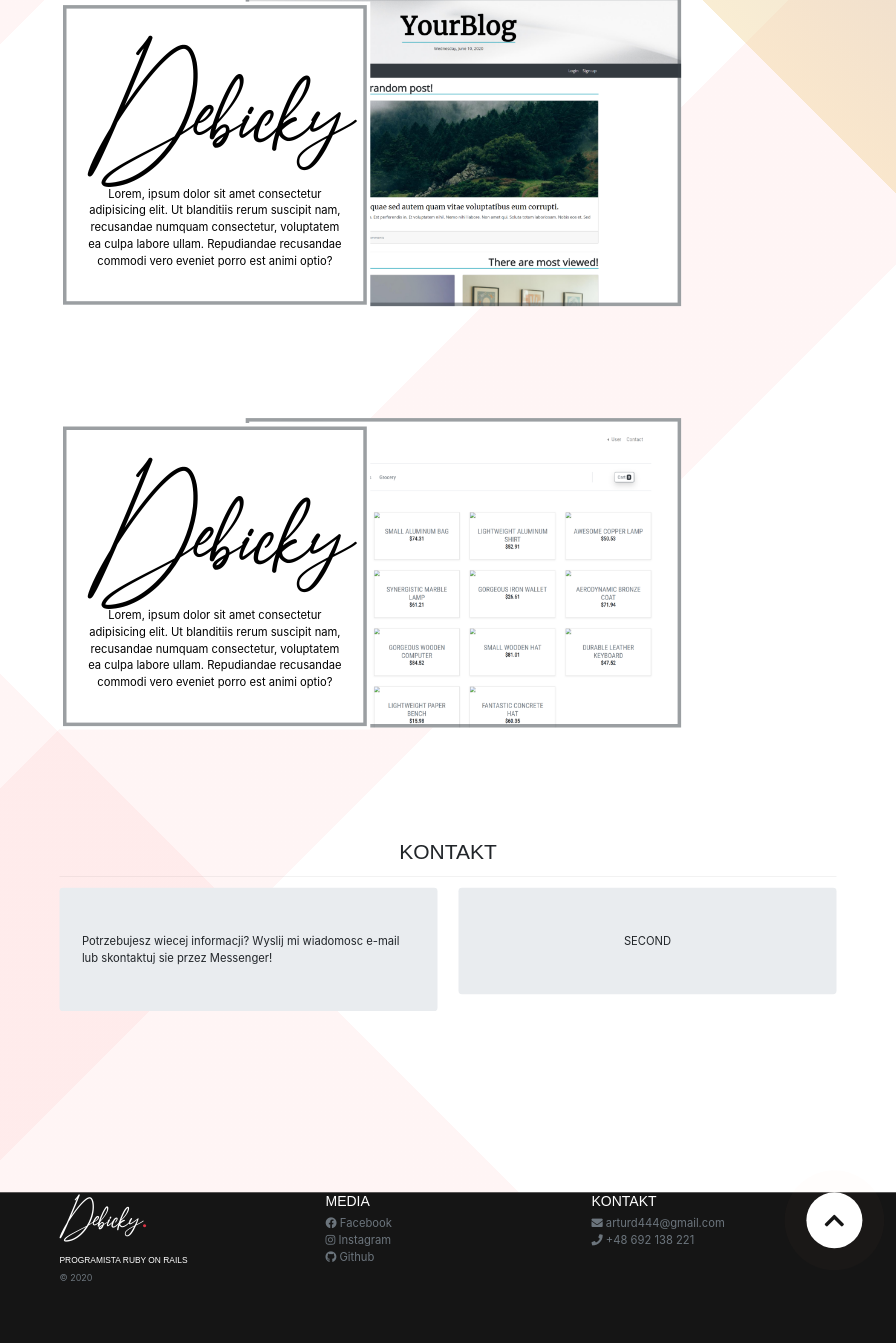
Repository: debicky/debicky.github.io
Page: index.html
These files come from the project's save history. The page is drawn as it stood at one moment and after a run of saves; the edit follows.
The browser window is 1280 px wide. The pictures show the part of the page from y = 2115 to 4035 px (the page is 4035 px tall), at 70% of full size.
Some web fonts or font styles are not loaded; a fallback is used. Some web libraries are served in a nearby version.

Above is the page before, as saved 2020-06-14 16:04:18.

### index.html
<!DOCTYPE html>
<html lang="en">
<head>
  <meta charset="UTF-8">
  <meta name="viewport" content="width=device-width, initial-scale=1.0">
  <title>Debicky</title>
  <link rel="stylesheet" href="https://stackpath.bootstrapcdn.com/bootstrap/4.5.0/css/bootstrap.min.css" integrity="sha384-9aIt2nRpC12Uk9gS9baDl411NQApFmC26EwAOH8WgZl5MYYxFfc+NcPb1dKGj7Sk" crossorigin="anonymous">
  <link rel="stylesheet" href="https://cdnjs.cloudflare.com/ajax/libs/font-awesome/5.11.2/css/all.min.css">
  <link rel="stylesheet" href="styles.css">
  <link rel="stylesheet" href="https://unpkg.com/aos@next/dist/aos.css" />

</head>
<body>


  <header>
    <div class="signature" data-aos="fade-in" data-aos-duration="2000">
      <h5 class="signature-heading ">Debicky<span class="text-danger font-weight-bolder">.</span></h5>
      <h3 class="signature-subheading">Młodszy Programista Ruby on Rails</h3>
    </div>

    <div class="container">
      <nav class="navbar navbar-expand-md p-0 rounded" data-aos="fade-in" data-aos-duration="3000">
        <button class="navbar-toggler" type="button" data-toggle="collapse" data-target="#navbarSupportedContent" aria-controls="navbarSupportedContent" aria-expanded="false" aria-label="Toggle navigation">
          <i class="fas fa-bars"></i>
          <i class="fas fa-times"></i>
        </button>

        <div class="collapse navbar-collapse d-md-flex justify-content-center" id="navbarSupportedContent">
          <ul class="navbar-nav">
            <li class="nav-item">
              <a class="nav-link" href="#about">O mnie</a>
            </li>
            <li class="nav-item">
              <a class="nav-link" href="#projects">Projekty</a>
            </li>
            <li class="nav-item">
              <a class="nav-link" href="#contact">Kontakt</a>
            </li>
          </ul>
        </div>
      </nav>
    </div>
  </header>

  <section class="about" id="about">
    <div class="container">
      <h1 class="text-center">O mnie</h1>
      <hr>

      <div class="row">
        <div class="col-12 col-md-6 col-lg-6 mb-5 mb-md-0">
          <h5>
            Programista samouk, poszukujacy pierwszej pracy.
          </h5>
          Aktualnie ucze sie ReactJS oraz platformy E-commerce Spree.
        </div>
        <div class="col-12 col-md-6 col-lg-6 mb-5 mb-md-0">
          <h5 class="text-uppercase">Technologie ktore uzywam</h5>
            <ul class="list-unstyled">
              <li>
                <img src="/images/icons/html.svg" alt=""> Html
              </li>
              <li>
                <img src="/images/icons/css.svg" alt=""> Css
              </li>
              <li>
                <i class="fab fa-sass"></i> Sass
              </li>
              <li>
                <img src="/images/icons/js.svg" alt=""> Javascript
              </li>
              <li>
                <img src="/images/icons/jquery.svg" alt=""> jQuery
              </li>
              <li>
                <img src="/images/icons/ror.svg" alt=""> Ruby
              </li>
              <li>
                <img src="/images/icons/ruby.svg" alt=""> Ruby on Rails
              </li>
              <li>
                <i class="fab fa-github"></i> Github
              </li>
              <li>
                <i class="fas fa-database"></i> SQL
              </li>
              <li>
                <img src="/images/icons/figma.svg" alt=""> Figma
              </li>

            </ul>
        </div>
        </div>
      </div>

    </div>
  </section>




  <section class="projects" id="projects">
    <div class="container">
      <h1 class="text-center">Projekty</h1>
      <hr>

      <div class="project-1">
        <div class="about-content">
          <div class="about-description">
            <div class="signature">
              <h5 class="signature-heading">Debicky</h5>
              <p>Lorem, ipsum dolor sit amet consectetur adipisicing elit. Ut blanditiis rerum suscipit nam, recusandae numquam consectetur, voluptatem ea culpa labore ullam. Repudiandae recusandae commodi vero eveniet porro est animi optio?</p>
            </div>
          </div>
          <div class="about-image">
            <a href="/images/1.jpeg">
              <img src="/images/course.png" alt="img1">
            </a>
          </div>
        </div>
      </div>
      <div class="project-1">
        <div class="about-content">
          <div class="about-description">
            <div class="signature">
              <h5 class="signature-heading">Debicky</h5>
              <p>Lorem, ipsum dolor sit amet consectetur adipisicing elit. Ut blanditiis rerum suscipit nam, recusandae numquam consectetur, voluptatem ea culpa labore ullam. Repudiandae recusandae commodi vero eveniet porro est animi optio?</p>
            </div>
          </div>
          <div class="about-image">
            <a href="/images/1.jpeg">
              <img src="/images/blog.png" alt="img1">
            </a>
          </div>
        </div>
      </div>
      <div class="project-1">
        <div class="about-content">
          <div class="about-description">
            <div class="signature">
              <h5 class="signature-heading">Debicky</h5>
              <p>Lorem, ipsum dolor sit amet consectetur adipisicing elit. Ut blanditiis rerum suscipit nam, recusandae numquam consectetur, voluptatem ea culpa labore ullam. Repudiandae recusandae commodi vero eveniet porro est animi optio?</p>
            </div>
          </div>
          <div class="about-image">
            <a href="/images/1.jpeg">
              <img src="/images/shop.png" alt="img1">
            </a>
          </div>
        </div>
      </div>

    </div>
  </section>

  <section class="contact" id="contact">
    <div class="container">
      <h1 class="text-center">Kontakt</h1>
      <hr>

      <div class="row">
        <div class="col-12 col-md-6 col-lg-6 mb-5 mb-md-0">
          <div class="jumbotron">
            Potrzebujesz wiecej informacji?
            Wyslij mi wiadomosc e-mail lub skontaktuj sie przez Messenger!
          </div>
        </div>
        <div class="col-12 col-md-6 col-lg-6 mb-5 mb-md-0">
          <div class="jumbotron">SECOND</div>
        </div>
      </div>
    </div>
  </section>


  <footer>
    <div class="up" id="up">
      <i class="fas fa-chevron-up"></i>
    </div>
    <div class="container">
      <div class="row">
        <div class="col-12 col-md-5 col-lg-4 mb-5 mb-md-0">
          <div class="signature-footer">
            <h5 class="signature-footer-heading">Debicky<span class="text-danger font-weight-bolder">.</span></h5>
            <h3 class="signature-footer-subheading">Programista Ruby on Rails</h3>
          </div>
          <small class="d-block mt-2 text-muted">&copy; 2020</small>
        </div>
        <div class="col-12 col-md-5 col-lg-4 mb-5">
          <h5 class="text-uppercase">Media</h5>
            <ul class="list-unstyled mb-0">
              <li>
                <a href="https://www.facebook.com/artur.debicki.5" class="text-muted"><i class="fab fa-facebook"></i> Facebook</a>
              </li>
              <li>
                <a href="https://www.instagram.com/debicky" class="text-muted"><i class="fab fa-instagram"></i> Instagram</a>
              </li>
              <li>
                <a href="https://github.com/debicky" class="text-muted"><i class="fab fa-github"></i> Github</a>
              </li>
            </ul>
        </div>
        <div class="col-12 col-md-5 col-lg-4">
          <h5 class="text-uppercase">Kontakt</h5>
            <ul class="list-unstyled mb-0">
              <li>
                <a href="mailto:arturd444@gmail.com" class="text-muted"><i class="fas fa-envelope"></i> arturd444@gmail.com</a>
              </li>
              <li>
                <p class="text-muted"><i class="fa fa-phone"></i> +48 692 138 221</p>
              </li>
            </ul>
        </div>
      </div>
    </div>
  </footer>



  <script src="https://code.jquery.com/jquery-3.5.0.min.js" crossorigin="anonymous"></script>
  <script src="https://cdn.jsdelivr.net/npm/popper.js@1.16.0/dist/umd/popper.min.js" integrity="sha384-Q6E9RHvbIyZFJoft+2mJbHaEWldlvI9IOYy5n3zV9zzTtmI3UksdQRVvoxMfooAo" crossorigin="anonymous"></script>
  <script src="https://stackpath.bootstrapcdn.com/bootstrap/4.5.0/js/bootstrap.min.js" integrity="sha384-OgVRvuATP1z7JjHLkuOU7Xw704+h835Lr+6QL9UvYjZE3Ipu6Tp75j7Bh/kR0JKI" crossorigin="anonymous"></script>
  <script src="https://unpkg.com/aos@next/dist/aos.js"></script>
  <script src="script.js"></script>

</body>
</html>

### styles.css
@import url('https://fonts.googleapis.com/css?family=Playfair+Display+SC|Roboto:300,400&display=swap');

@font-face {
  font-family: "AmostelySignature";
  src: url("/fonts/AmostelySignature.ttf");
  }


* {
  margin: 0;
  padding: 0;
  box-sizing: border-box;
}

body {
  background-image: linear-gradient(45deg, transparent 0%, transparent 55%,rgba(238, 202, 125, 0.336) 55%, rgba(83, 67, 67, 0.219) 76%,transparent 76%, transparent 100%),linear-gradient(135deg, transparent 0%, transparent 14%,rgba(255,1,1, 0.04) 14%, rgba(255,1,1, 0.04) 41%,transparent 41%, transparent 100%),linear-gradient(45deg, transparent 0%, transparent 2%,rgba(255,1,1, 0.04) 2%, rgba(255,1,1, 0.04) 18%,transparent 18%, transparent 100%),linear-gradient(135deg, transparent 0%, transparent 61%,rgba(255,1,1, 0.04) 61%, rgba(255,1,1, 0.04) 71%,transparent 71%, transparent 100%),linear-gradient(90deg, rgb(255,255,255),rgb(255,255,255));
}

html {
  font-family: "Roboto", sans-serif;
}

a:hover {
  text-decoration: none;;
}

/* Heading */

header{
  height: 100vh;
  width: 100%;
  display: flex;
  flex-direction: column;
  align-items: center;
  justify-content: center;

}

.signature{
  color: black;
  text-align: center;
  user-select: none;
}

.signature-heading{
  font-family: 'AmostelySignature', cursive;
  font-size: 10rem;
  margin-bottom: 30px;
}

.signature-subheading{
  font-family: 'Playfair Display SC', sans-serif;
  font-size: 1.5rem;
  text-transform: uppercase;
  margin-bottom: 20px;
}

/* Navbar */

.navbar{
  background-color: #384147;
}

.navbar-toggler i{
  color: #fff;
  font-size: 1.2rem;
}

.navbar-toggler .fa-times{
  display: none;
}

.navbar-toggler.menu-open  .fa-bars{
  display: none;
}

.navbar-toggler.menu-open  .fa-times{
  display: block;
}

.navbar-nav{
  padding: 20px;
}

.nav-link{
  color: #fff;
  text-transform: uppercase;
  transition: opacity .5s;
  font-size: 1rem;
}

.nav-link:hover{
  color: maroon;
}

/* About */

.about{
  height: 100vh;
}

.about h1 {
  position: relative;
  z-index: 1;
}

.about h1::before {
  content: ' ';
  position: absolute;
  width: 3em;
  background: #ec52ec57;
  height: .7em;
  bottom: 0;
  z-index: -1;
  margin-left: -.3em;
}

.about img{
height: 18px;
}

.about-description{
  width: 100%;
  background-color: #fff;
  padding: 40px;
  outline: 5px solid rgba(56, 65, 71, 0.5);
  outline-offset: -5px;
  order: 1;
  margin-top: 5px;
}

.about-image{
  order: 2;
}

.about-image img{
  outline: 5px solid rgba(56, 65, 71, 0.5);
  outline-offset: -5px;
  width: 100%;
  height: auto;
  display: block;
}

.about-image a::after{
  font-family: 'Font Awesome 5 Free';
  content: "\f35d";
  font-weight: 600;
  position: absolute;
  top: 50%;
  left: 50%;
  transform: translate(-50%, -50%);
  color: maroon;
  font-size: 25px;
  z-index: 101;
  width: 70px;
  height: 70px;
  border: 3px solid maroon;
  border-radius: 100%;
  display: flex;
  align-items: center;
  justify-content: center;
  opacity: 0;
  transition: opacity .5s;
}

.about-image a:hover::after{
  opacity: .7;
}


/* Projects */

section h1{
  font-family: 'Playfair Display SC', sans-serif;
  font-size: 30px;
  text-transform: uppercase;
}

.project-1{
  margin-bottom: 10rem;
}





/* Contact */

.contact{
  height: 100vh;
}


.jumbotron{
  width: 100%;
  display: flex;
  align-items: center;
  justify-content: center;
}

/* Footer */


footer {
  background-color: #151515;
  color: #fff;
}

.signature-footer{
  user-select: none;
}

.signature-footer-heading{
  font-family: 'AmostelySignature', cursive;
  font-size: 50px;
  margin-bottom: 30px;
  color: #fff;
}

.signature-footer-subheading{
  font-family: 'Playfair Display SC', sans-serif;
  font-size: 12px;
  text-transform: uppercase;
  color: #fff;
}

footer h5{
  font-family: 'Playfair Display SC', sans-serif;

}


a.text-muted:hover{
  color: maroon !important;
}

.up{
  position: absolute;
  width: 5rem;
  height: 5rem;
  background-color: #fff;
  right: 3rem;
  border-radius: 100%;
  display: flex;
  animation: pulse 2.5s infinite;
  cursor: pointer;
  z-index: 1;
}

.up i{
  color: #151515;
  font-size: 2rem;
  margin: auto;
}

@keyframes pulse {
  0%{
    box-shadow: 0 0 0 0 rgba(238, 132, 125, 0.99);
  }
  70%{
    box-shadow: 0 0 0 2rem rgba(238, 202, 125, 0);

  }
  100%{
    box-shadow: 0 0 0 0 rgba(238, 202, 125, 0);

  }
}

/* Responsive */

@media screen and (min-width: 768px) {
  .navbar{
    background-color: transparent;
  }
  .navbar-nav{
    padding: 0;
  }
  .nav-link{
    color: #384147;
  }

  nav:hover .nav-link:not(:hover){
    opacity: .5;
  }

  .about-content{
    position: relative;
    display: block;
  }

  .about-description{
    position: absolute;
    top: 80%;
    transform: translateY(-50%);
    width: 60%;
    outline-offset: -10px;
  }

  .about-image img{
    width: 70%;
    margin-left: auto;
  }

}

@media screen and (min-width: 1200px) {
  .about-description{
    top: 50%;
    width: 40%;
  }

  .about-image{
    width: 80%;
  }

  .contact{
    height: 70vh;
  }

  footer{
    height: 30vh;
  }

}

### script.js
$(document).ready(function () {

  AOS.init();


  $('.navbar-toggler').on('click', function () {
    $(this).toggleClass('menu-open');
  })

  $('.navbar .nav-link').on('click', function () {
    $('.navbar-collapse').toggleClass('show')
    $('.navbar-toggler').removeClass('menu-open')
  });

  $('nav a[href*="#').on('click', function () {
    $('html, body').animate({
      scrollTop: $($(this).attr('href')).offset().top
    }, 900);
  });

  $('#up').on('click', function () {
    $('html, body').animate({
      scrollTop: 0
    }, 900);
  });






})

After the next 3 saves:
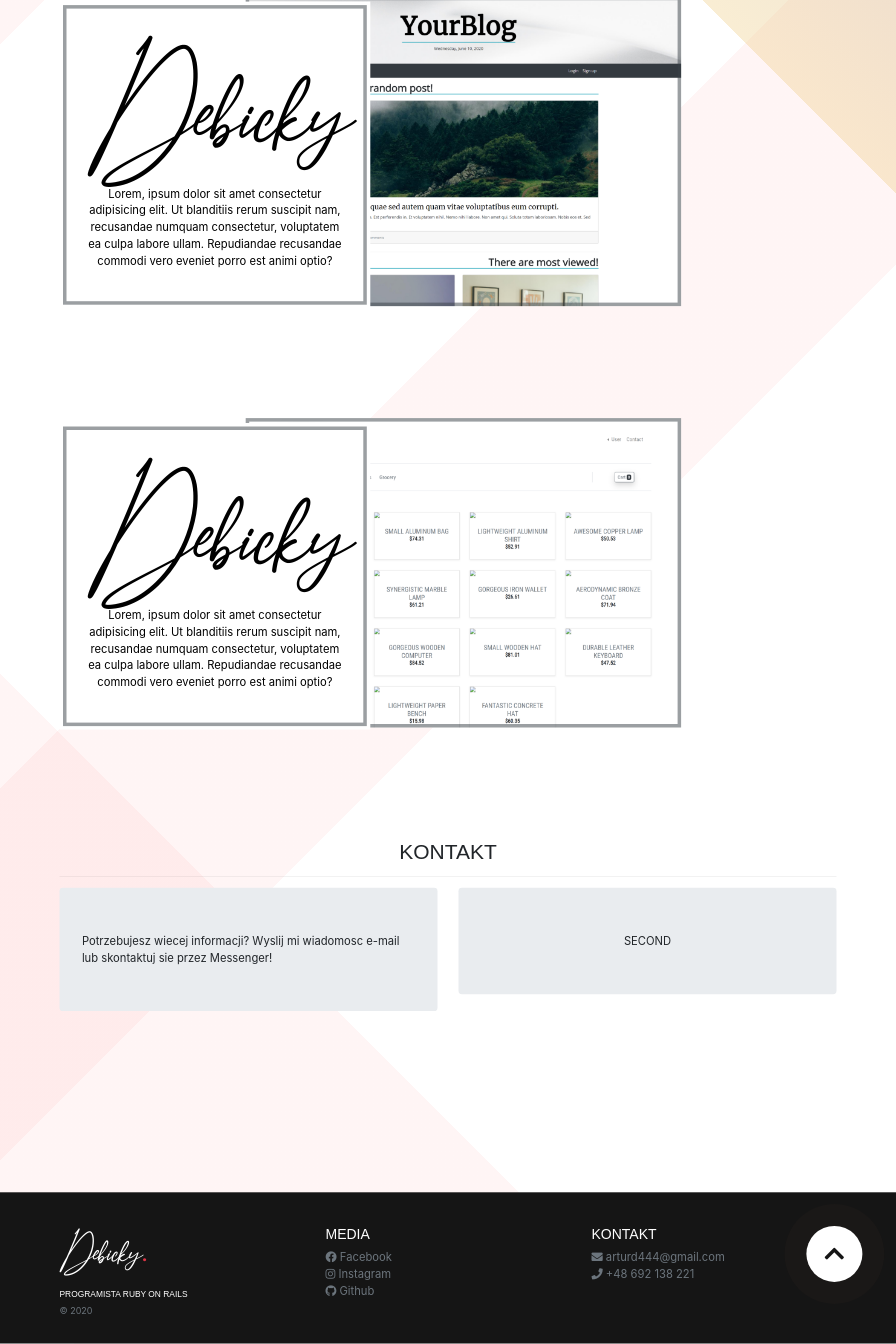
The 3 saves are shown as one change because they came seconds apart.
The last was saved 13 s later.
--- a/index.html
+++ b/index.html
@@ -174,7 +174,7 @@
   </section>
 
 
-  <footer>
+  <footer class="py-5">
     <div class="up" id="up">
       <i class="fas fa-chevron-up"></i>
     </div>
